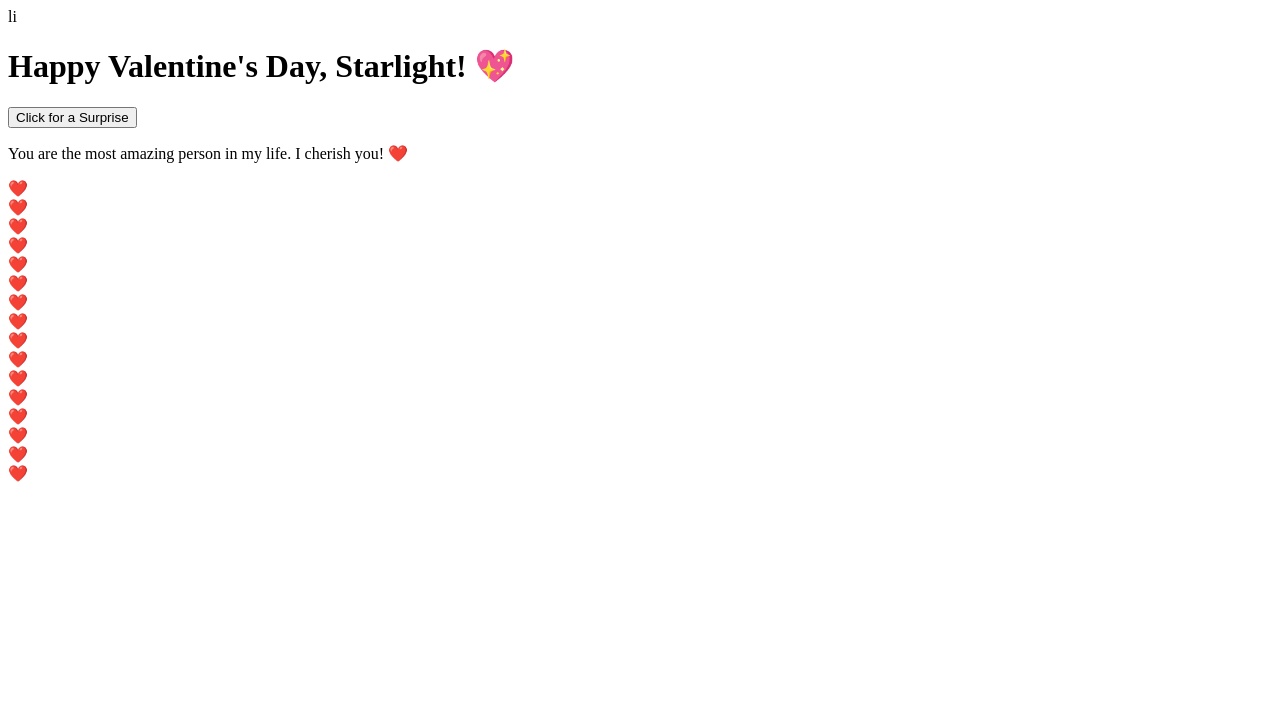
Repository: Jothankato05/Valentine
Page: Valentine/index.html
These files come from the project's save history. The page is drawn as it stood at one moment and after the next save; the edit follows.
The browser window is 1280 px wide. The pictures show the whole page.

Above is the page before, as saved 2025-02-14 14:35:18.

After the next save:
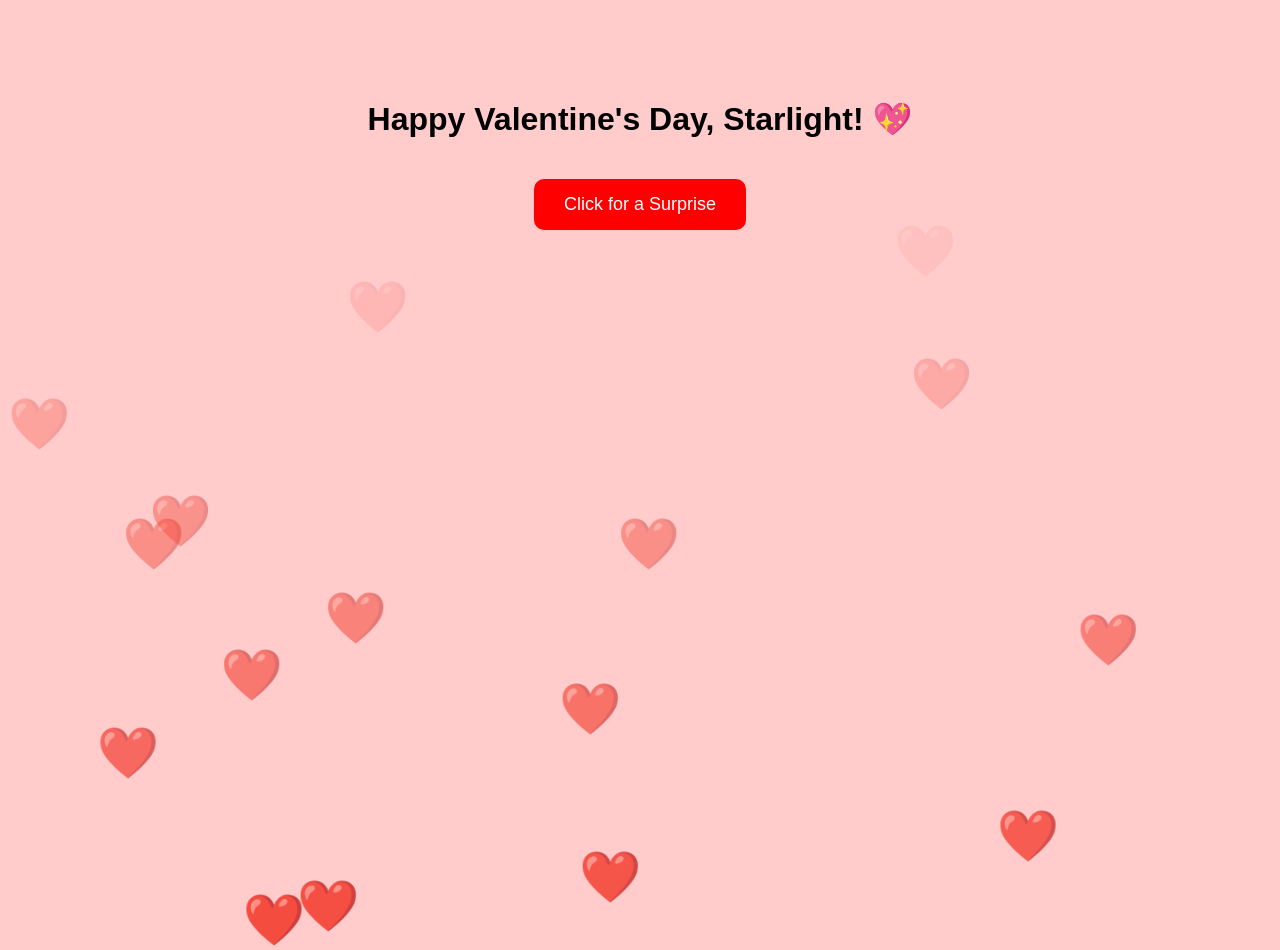
Saved 9 s later.
--- a/Valentine/index.html
+++ b/Valentine/index.html
@@ -4,7 +4,43 @@
     <meta charset="UTF-8">
     <meta name="viewport" content="width=device-width, initial-scale=1.0">
     <title>Valentine's Surprise for Starlight</title>
-    li
+    <style>
+        body {
+            background-color: #ffcccb;
+            text-align: center;
+            font-family: 'Arial', sans-serif;
+            overflow: hidden;
+        }
+        .container {
+            margin-top: 100px;
+        }
+        .heart {
+            color: red;
+            font-size: 50px;
+            position: absolute;
+            animation: float 5s linear infinite;
+        }
+        @keyframes float {
+            0% { transform: translateY(100vh); opacity: 1; }
+            100% { transform: translateY(-10vh); opacity: 0; }
+        }
+        #surpriseBtn {
+            background-color: red;
+            color: white;
+            padding: 15px 30px;
+            border: none;
+            font-size: 18px;
+            cursor: pointer;
+            border-radius: 10px;
+            margin-top: 20px;
+        }
+        #message {
+            display: none;
+            font-size: 24px;
+            color: darkred;
+            margin-top: 20px;
+        }
+    </style>
 </head>
 <body>
     <div class="container">
